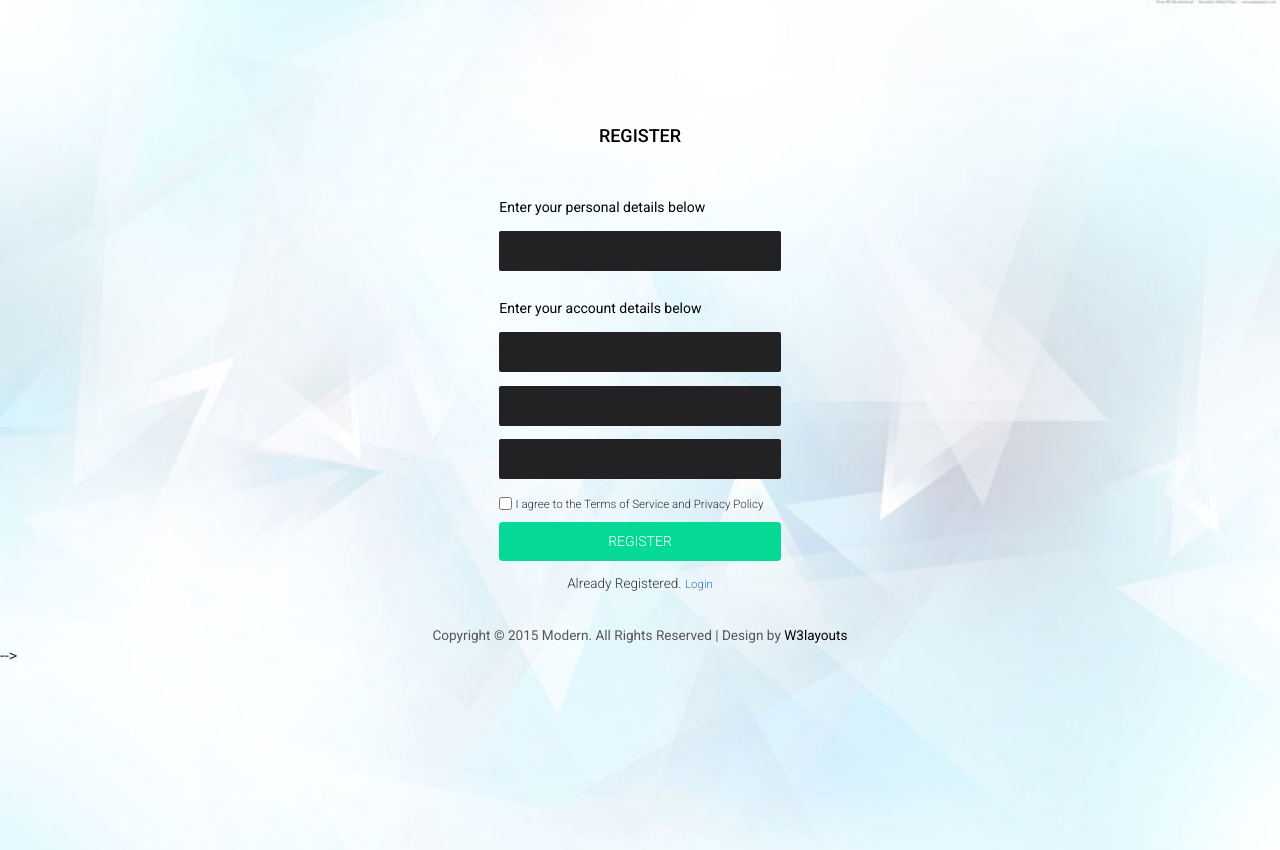
Repository: NomanMustafa/laravel-blog
Page: http://localhost/register
The author's editor kept a copy of each file at every save. The page is drawn from the files as they stood at one save, then again after the next save.
The browser window is 1280 px wide. The pictures show the whole page.
The page is served by the project's Laravel application, run on PHP 8.4 with Laravel 8.

Above is the page before, as saved 2020-07-04 23:31:03.

After the next save:
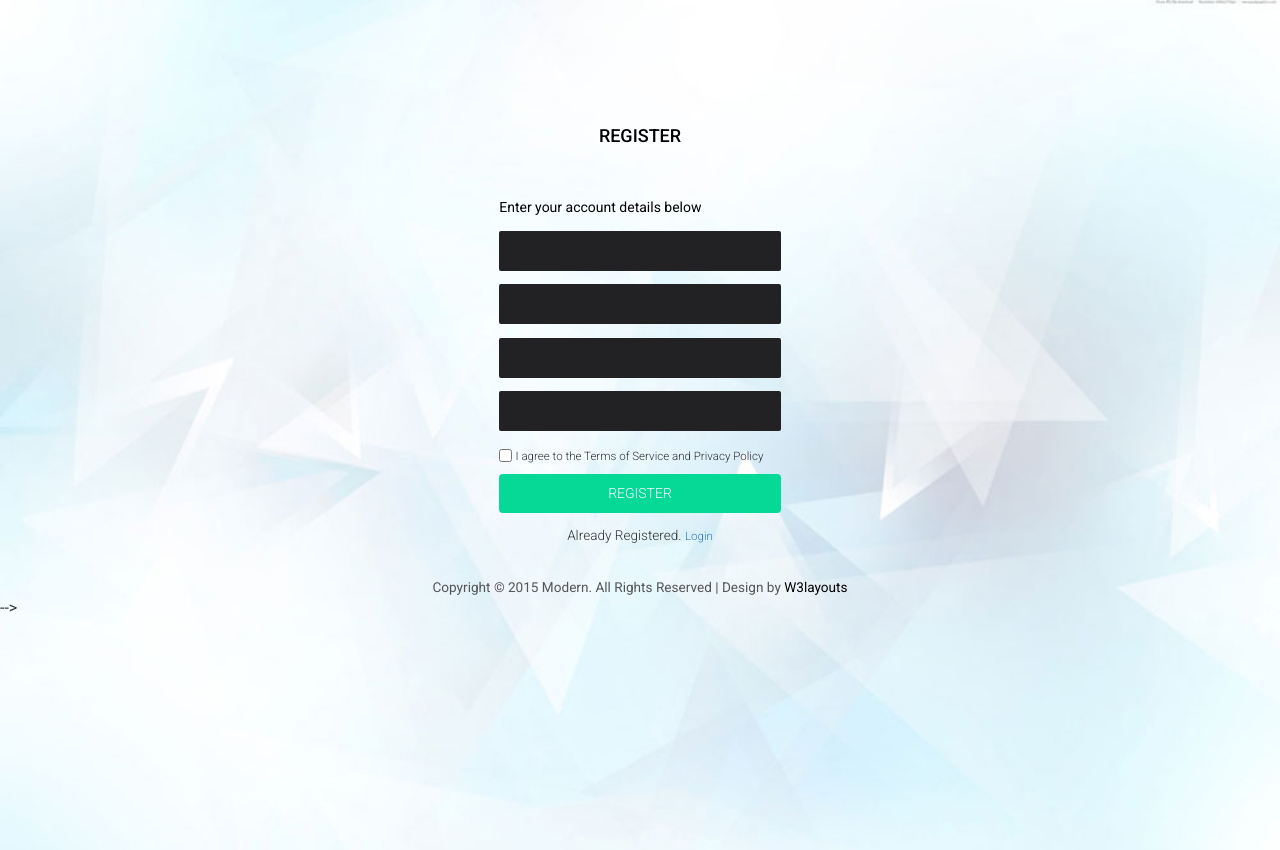
Saved 41 s later.
--- a/resources/views/auth/register.blade.php
+++ b/resources/views/auth/register.blade.php
@@ -6,15 +6,13 @@
 <h2 class="form-heading">Register</h2>
 <form class="form-signin app-cam" method="POST" action="{{ route('register') }}">
     @csrf
-    <p>Enter your personal details below</p>
+  <p> Enter your account details below</p>
     <input type="text" class="form-control1" @error('name') is-invalid @enderror" name="name" value="{{ old('name') }}" required autocomplete="name" autofocus>
     @error('name')
     <span class="invalid-feedback" role="alert">
         <strong>{{ $message }}</strong>
     </span>
     @enderror
-
-    <p> Enter your account details below</p>
     <input type="email" class="form-control1" @error('email') is-invalid @enderror" name="email" value="{{ old('email') }}" required autocomplete="email">
     @error('email')
     <span class="invalid-feedback" role="alert">
